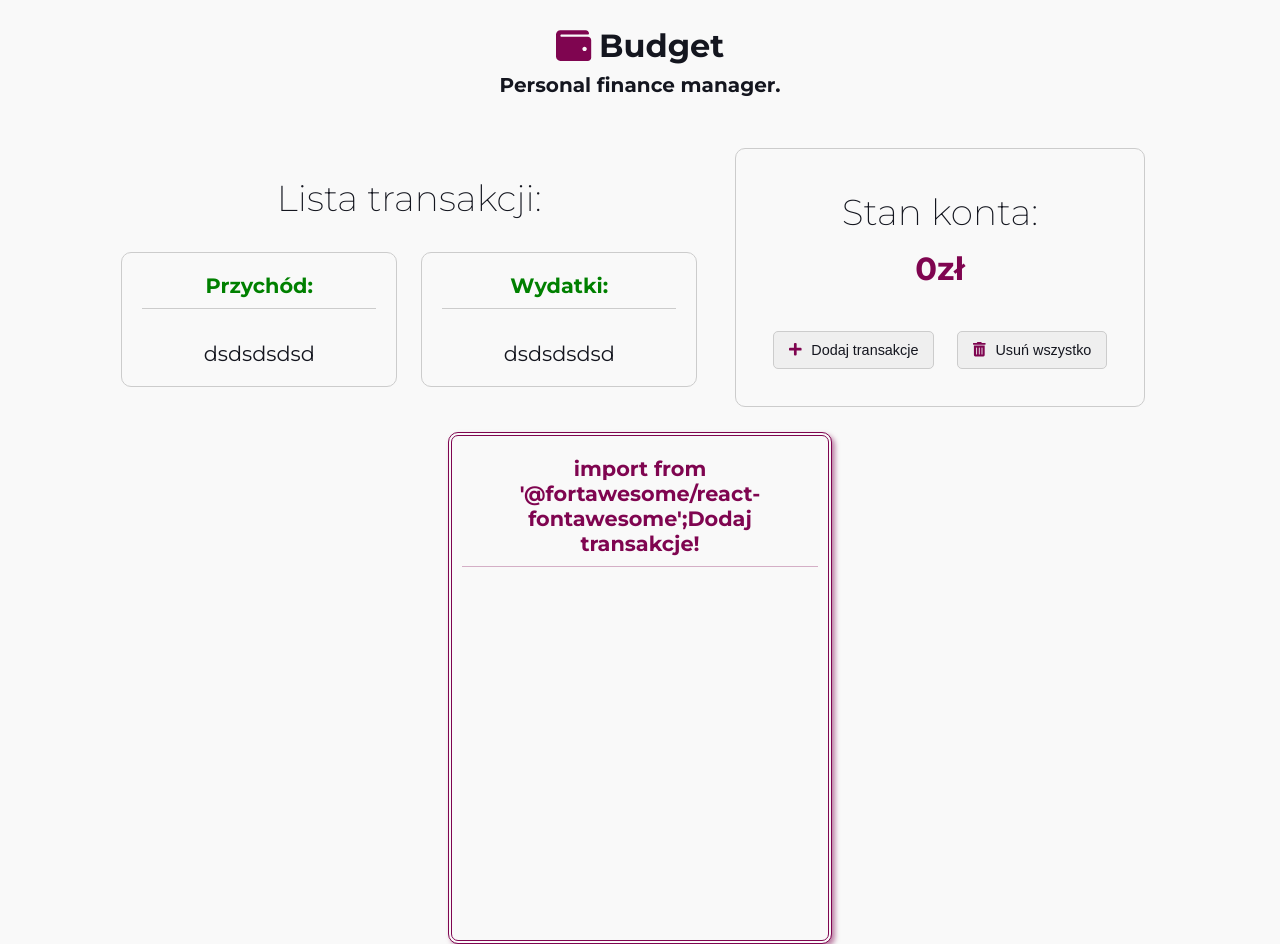
Repository: KrzysKolo/sr_tydzien4_zad4
Page: /
These files come from the project's save history. The page is drawn as it stood at one moment and after the next save; the edit follows.
The browser window is 1280 px wide. The pictures show the whole page.
Some web libraries are served in a nearby version. The project was rebuilt for these pictures with package versions that can differ from the ones it lists, and the page was loaded fresh each time.

Above is the page before, as saved 2020-11-30 10:44:03.

After the next save:
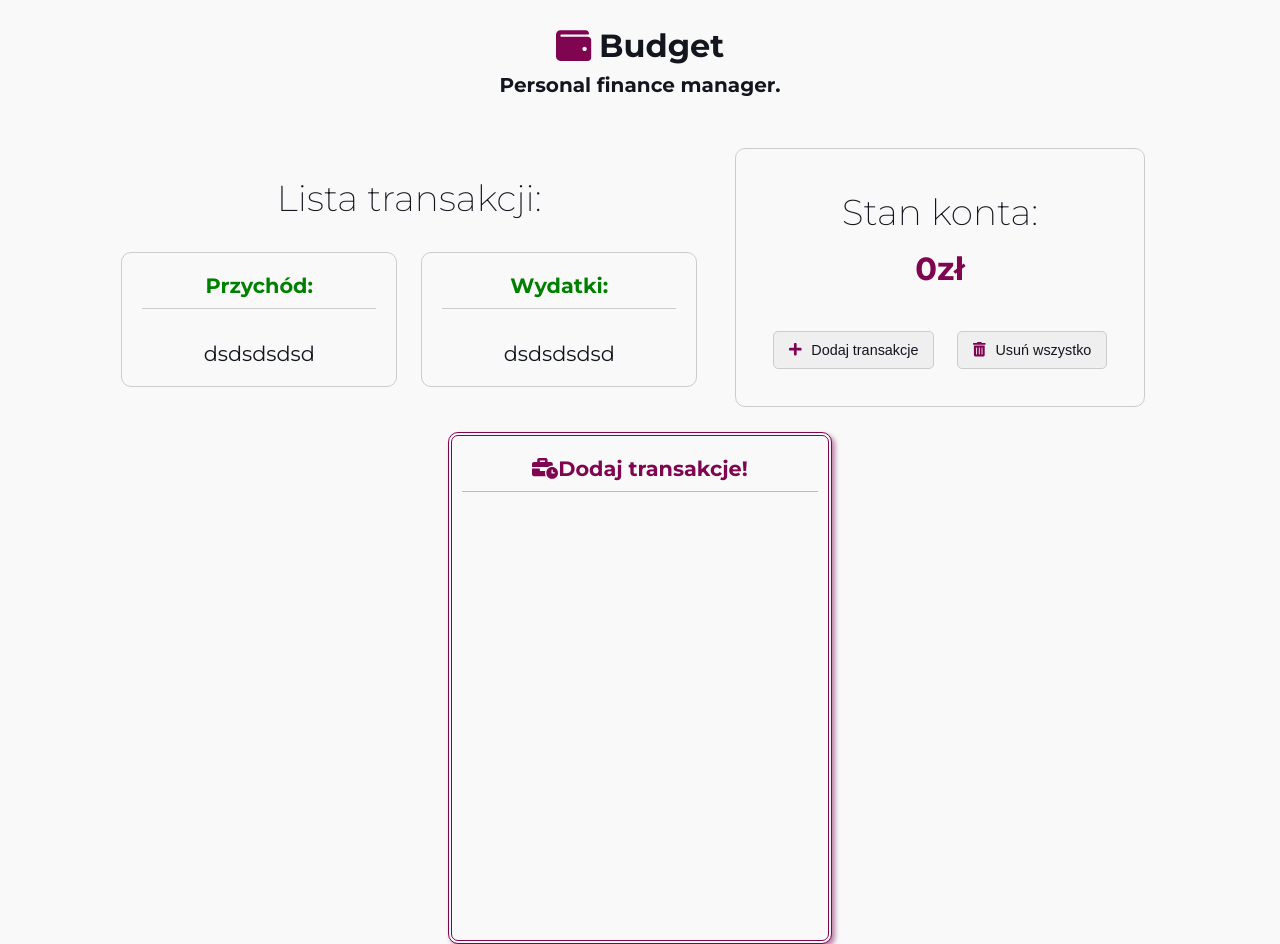
Saved 45 s later.
--- a/src/components/budgetComponents/formComponents/Header.js
+++ b/src/components/budgetComponents/formComponents/Header.js
@@ -11,10 +11,10 @@ const TitleH1 = styled.h1`
     text-align: center;
 `;
 
-const Header = ({ title} ) => {
+const Header = ({ title, icons } ) => {
     return (
         <TitleH1>
-            import { FontAwesomeIcon } from '@fortawesome/react-fontawesome';
+            <FontAwesomeIcon icon={icons}/>
             {title}
         </TitleH1>
     )
